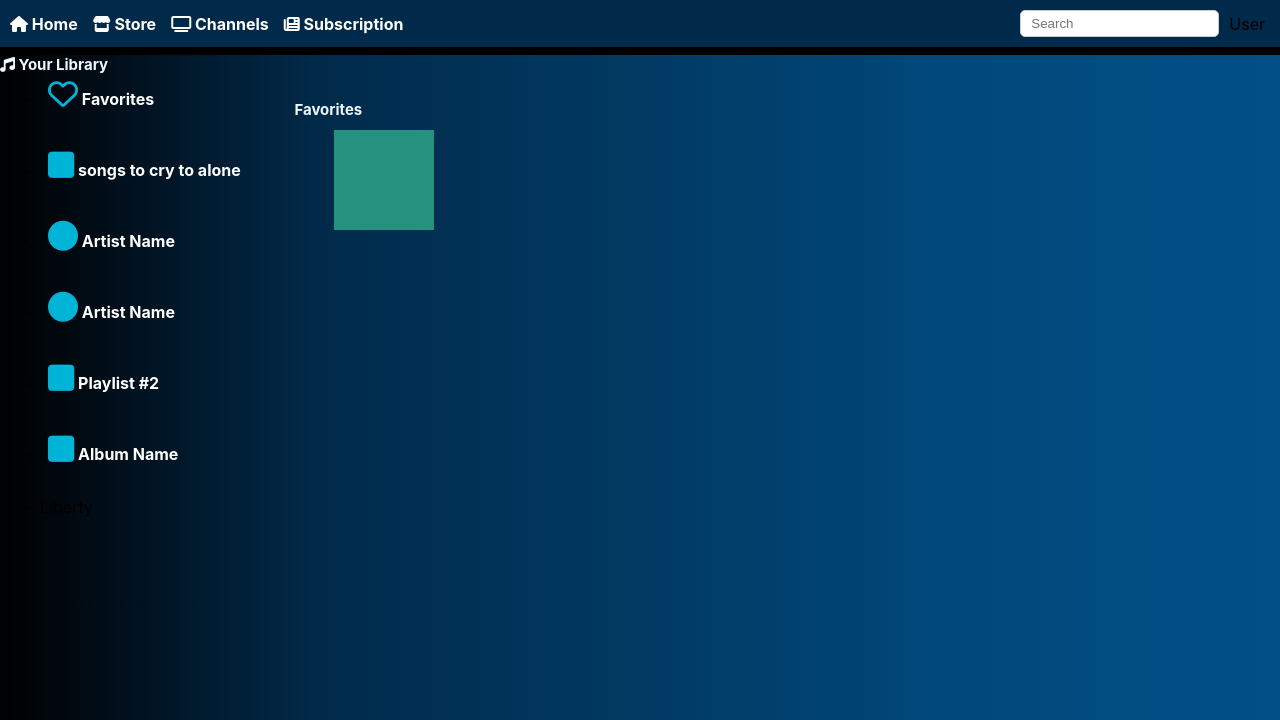
Repository: gordonnrat/group-2-project
Page: / (app in source-code/)
The author's editor kept a copy of each file at every save. The page is drawn from the files as they stood at one save, then again after a run of saves.
The browser window is 1280 px wide. The pictures show the whole page.
The project was rebuilt for these pictures with package versions that can differ from the ones it lists, and the page was loaded fresh each time. Also part of the build but not shown: source-code/src/App.css, source-code/src/App.js, source-code/src/components/pages/Login.js.

Above is the page before, as saved 2023-07-29 20:03:50.

### source-code/src/index.js
import React from 'react';
import ReactDOM from 'react-dom';
import './index.css';
import reportWebVitals from './reportWebVitals';
import {
  BrowserRouter as Router,
  Routes,
  Route,
  Link
} from "react-router-dom";

import App from './App';
import Home from './components/pages/Home';
import Login from './components/pages/Login';

ReactDOM.render(
  <React.StrictMode>
    <Router>
      <Routes>
        <Route path="/" element={<Home />} />
        <Route path="/login" element={<Login />} />
        {/* Add more routes here */}
        <Route path="/group-2-project" element={<Link to="/" />} />
      </Routes>
    </Router>
  </React.StrictMode>,
  document.getElementById('root')
);

// If you want to start measuring performance in your app, pass a function
// to log results (for example: reportWebVitals(console.log))
// or send to an analytics endpoint. Learn more: https://bit.ly/CRA-vitals
reportWebVitals();

### source-code/src/index.css
body {
  margin: 0;
  font-family: -apple-system, BlinkMacSystemFont, 'Segoe UI', 'Roboto', 'Oxygen',
    'Ubuntu', 'Cantarell', 'Fira Sans', 'Droid Sans', 'Helvetica Neue',
    sans-serif;
  -webkit-font-smoothing: antialiased;
  -moz-osx-font-smoothing: grayscale;
}

code {
  font-family: source-code-pro, Menlo, Monaco, Consolas, 'Courier New',
    monospace;
}

body {
  background: linear-gradient(0.25turn,black,#012A4A, #013A63, #01497C,#014F86);


}

### source-code/src/components/pages/Home.js
import React from "react";
import { Link } from "react-router-dom"; // Assuming you're using React Router for navigation
import Navbar from "../Navbar";
import "./js.css"; // Import the CSS file you created

function Home() {
  return (
    <div>
      <Navbar />
      <h1 className="top-heading">
        <i className="fas fa-music"></i> Your Library
      </h1>
      <ul>
        <li>Liberty</li>
      </ul>
      <a href="/Favorites"> {/* Anchor tag to make the square clickable */}
        <div className="square-container">
          <div className="text">Favorites</div> {/* Add the text above the square */}
          <div className="square"></div>
        </div>
      </a>
    </div>
  );
}

export default Home;

### source-code/src/components/Navbar.js
import React from "react";
import { Link } from "react-router-dom";
import "./Navbar.css";
import "@fortawesome/fontawesome-free/css/all.min.css";

function Navbar() {
  return (
    <div>
      {/* Main Navbar */}
      <nav className="navbar">
        <ul className="left-nav">
          <li>
            <Link to="/">
              <i className="fas fa-home"></i> Home
            </Link>
          </li>
          <li>
            <Link to="/Store">
              <i className="fas fa-store"></i> Store
            </Link>
          </li>
          <li>
            <Link to="/Channels">
              <i className="fas fa-tv"></i> Channels
            </Link>
          </li>
          <li>
            <Link to="/Subscription">
              <i className="fas fa-newspaper"></i> Subscription
            </Link>
          </li>
        </ul>
        <div className="right-nav">
          <input type="text" placeholder="Search" />
          <div className="user-section">
            {/* Your user-related elements can go here */}
            <span>User</span>
          </div>
        </div>
      </nav>

      {/* Sidebar */}
      <aside className="sidebar">
        {/* Your sidebar content can go here */}
        <ul>
          <li>
            <Link to="/Favorites">
              <i className="far fa-heart"></i> Favorites
            </Link>
          </li>
          <li>
            <Link to="/songs to cry to alone">
              <i className="fas fa-square"></i> songs to cry to alone

            </Link>
          </li>
          {/* Add more sidebar items as needed */}

          <li>
          <Link to="/Artist Name">
              <i className="fas fa-circle"></i> Artist Name
            </Link>
            </li>


            <li>
            <Link to="/Artist Name">
              <i className="fas fa-circle"></i> Artist Name
            </Link>
            </li>

            <li>
            <Link to="/Playlist">
              <i className="fas fa-square"></i> Playlist #2
            </Link>
            </li>
            <li>
            <Link to="/Album Name">
              <i className="fas fa-square"></i> Album Name
            </Link>
            </li>













        </ul>
      </aside>
    </div>
  );
}

export default Navbar;

### source-code/src/components/pages/js.css
.square-container {
  display: flex;
  justify-content: center;
  align-items: flex-start; /* Align items to the top */
  height: 10vh; /* Set the height of the container to the full viewport height */
  margin-top: 0; /* Add this line to reset the top margin */
}
.text {
  position: absolute;
  top: 100px; /* Adjust the vertical position of the text above the square */
  left: 23%; /* Adjust the horizontal position of the text */
  font-size: 15px;
  color: aliceblue;
  font-weight: bold;
}

.square {
  width: 100px;
  height: 100px;
  background-color: rgb(37, 146, 128);
  position: absolute;
  top: 130px; /* This will position the square below the text */
  left: 30%; /* This will horizontally center the square */
  transform: translateX(-50%); /* This will adjust the centering due to the width of the square */
}


  /* square.css (or create a new CSS file and import it) */
  .top-heading {
    position: absolute;
    top: 45px; /* Adjust the value to move it down as much as you want */
    left: 0;
    font-size: 15px;
    color: aliceblue;
  }

### source-code/src/components/Navbar.css

/* Navbar.css */

/* Navbar.css */

.navbar {
    background-color: #012A4A;
    padding: 10px;
    display: flex;
    justify-content: space-between;
    align-items: center;

    /* Add border line to the bottom of the navigation bar */
    border-bottom: 8px solid black; /* Replace #fff with your desired border color */
}



.left-nav {
    list-style-type: none;
    margin: 0;
    padding: 0;
    display: flex;
    align-items: center;
}

.left-nav li {
    margin-right: 15px;
}

.left-nav li:last-child {
    margin-right: 0;
}

.left-nav li a {
    text-decoration: none;
    color:white;

    font-size: 16px;
    font-weight: bold;
}

.left-nav li a:hover {
    color: white;
}

.right-nav {
    display: flex;
    align-items: center;
}

.right-nav input[type="text"] {
    padding: 5px 10px;
    border: 1px solid #ccc;
    border-radius: 5px;
    margin-right: 10px;
}

.user-section {
    display: flex;
    align-items: center;
}

.user-section span {
    margin-right: 5px;
}

.user-section img {
    width: 30px;
    height: 30px;
    border-radius: 50%;
}




  .sidebar li a {
    display: block;
    padding: 8px;
    color: white;
    text-decoration: none;
    position: relative;
  }

  .sidebar li {
    margin-bottom: 25px; /* Add space between each sidebar item */
  }

  .sidebar li a i {
    font-size: 30px;
    color: #00B4D8;
    position: relative;
    z-index: 2; /* Set z-index to place the icons in front of the border line */
  }


  .sidebar li a {
    text-decoration: none;
    color: white;
    font-size: 16px;
    font-weight: bold;
}

Loaded but not shown: source-code/public/index.html (common file); source-code/src/reportWebVitals.js (common file)

After the next 2 saves:
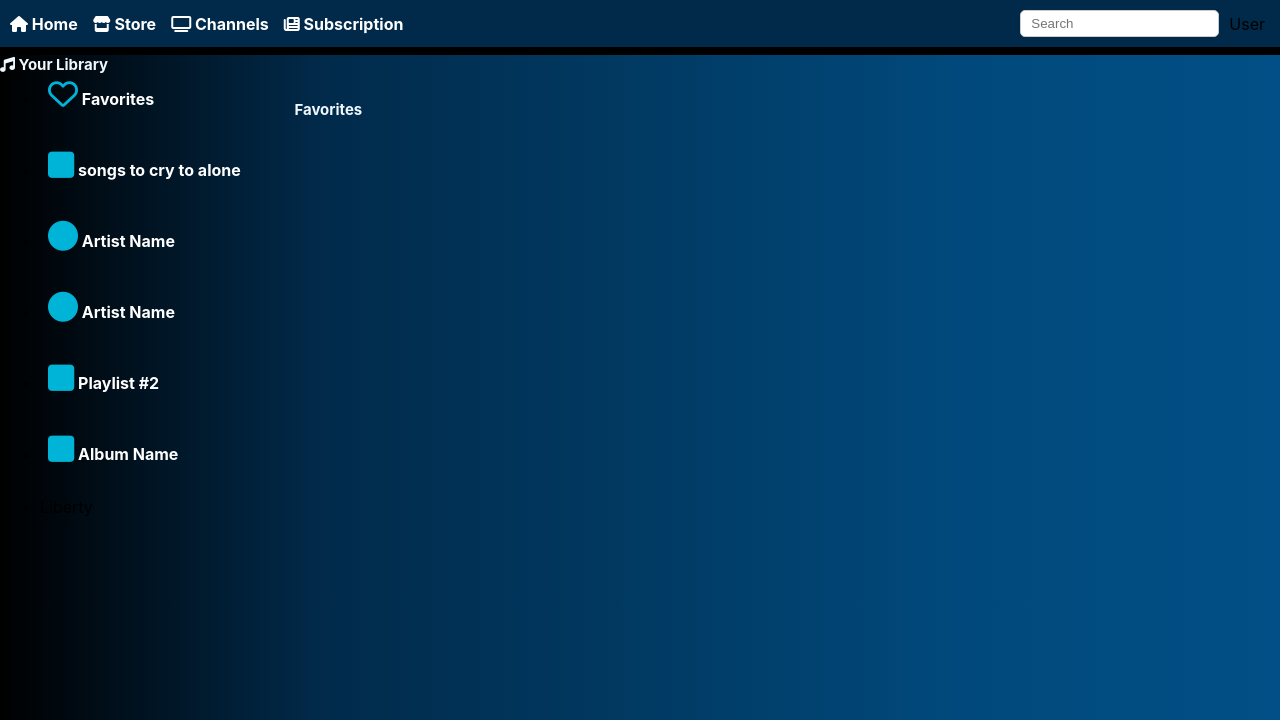
The 2 saves are shown as one change because they came seconds apart.
The last was saved 19 s later.
--- a/source-code/src/components/pages/js.css
+++ b/source-code/src/components/pages/js.css
@@ -17,7 +17,7 @@
 .square {
   width: 100px;
   height: 100px;
-  background-color: rgb(37, 146, 128);
+  background-color: red);
   position: absolute;
   top: 130px; /* This will position the square below the text */
   left: 30%; /* This will horizontally center the square */

After the save that followed:
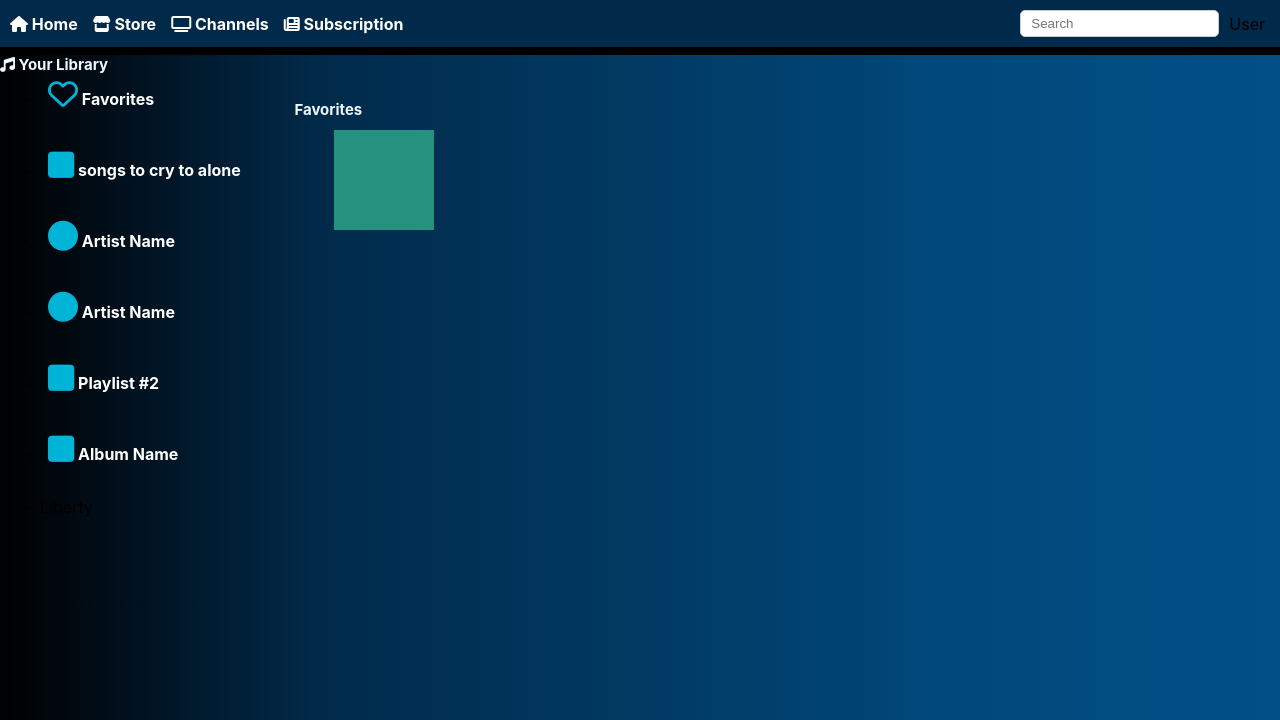
Saved 11 s later.
--- a/source-code/src/components/pages/js.css
+++ b/source-code/src/components/pages/js.css
@@ -17,7 +17,7 @@
 .square {
   width: 100px;
   height: 100px;
-  background-color: red);
+  background-color: rgb(37, 146, 128);
   position: absolute;
   top: 130px; /* This will position the square below the text */
   left: 30%; /* This will horizontally center the square */
